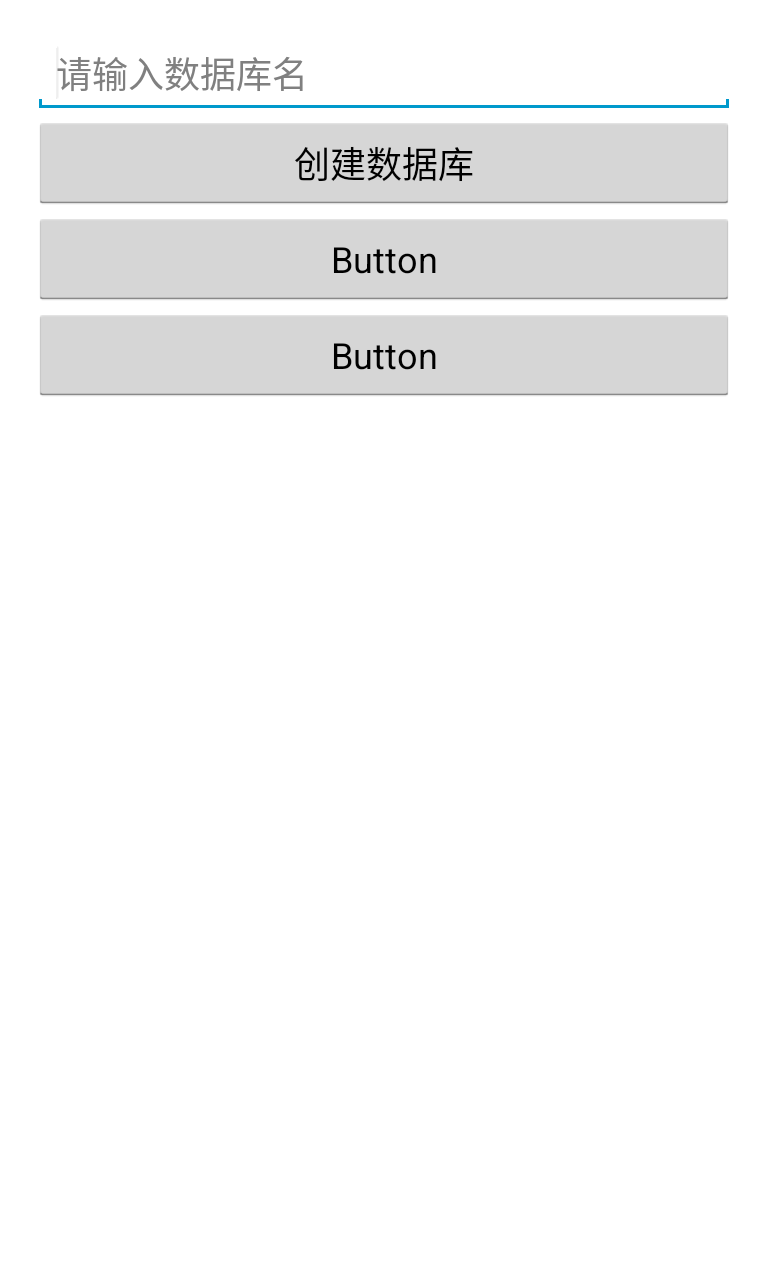
Repository: moetmd/learning-Android
Layout: SQLite/res/layout/activity_main.xml
These files come from the project's save history. The layout is drawn as it stood at one moment and after the next save; the edit follows.
It is drawn on a 768 x 1280 px phone screen (xhdpi) without system bars, with theme AppTheme; the app's code is not run.

Above is the layout before, as saved 2014-11-18 08:57:46.

After the next save:
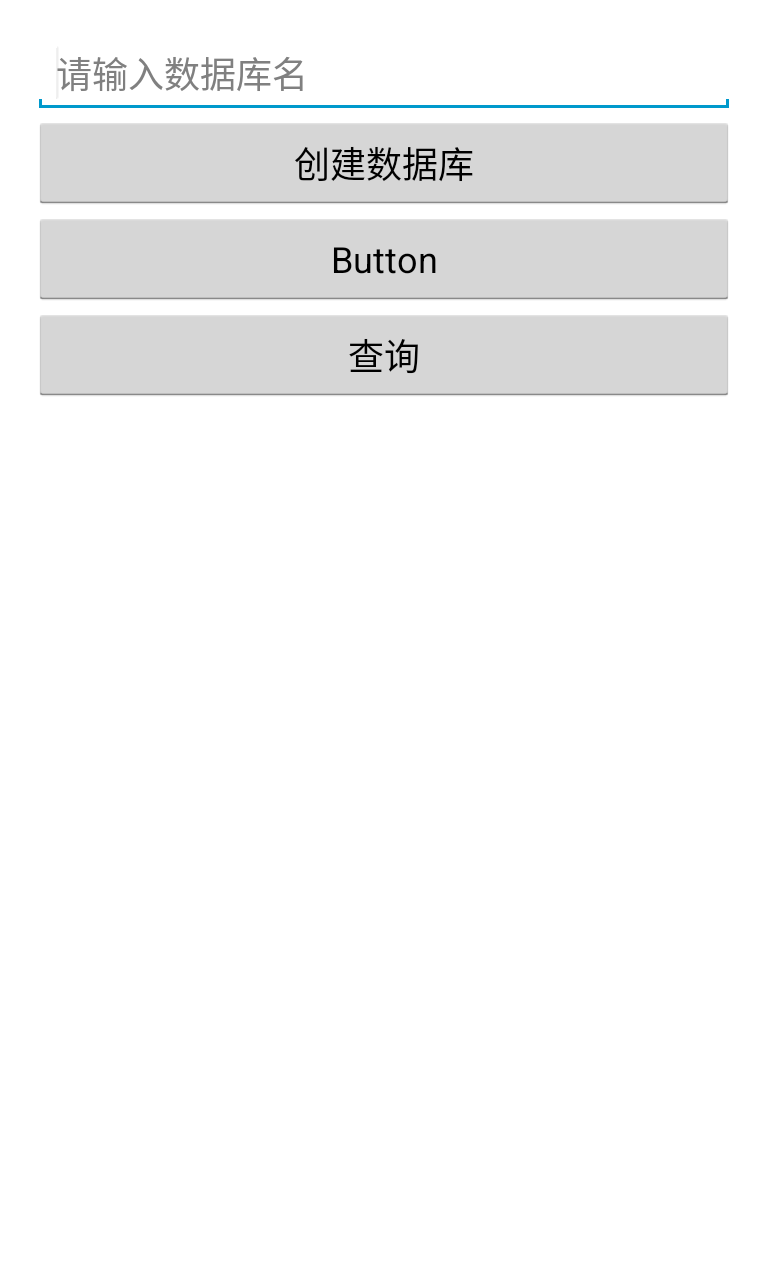
Saved 5 s later.
--- a/SQLite/res/layout/activity_main.xml
+++ b/SQLite/res/layout/activity_main.xml
@@ -41,7 +41,7 @@
             android:id="@+id/bt_search"
             android:layout_width="match_parent"
             android:layout_height="wrap_content"
-            android:text="Button" />
+            android:text="查询" />
 
     </LinearLayout>
 
